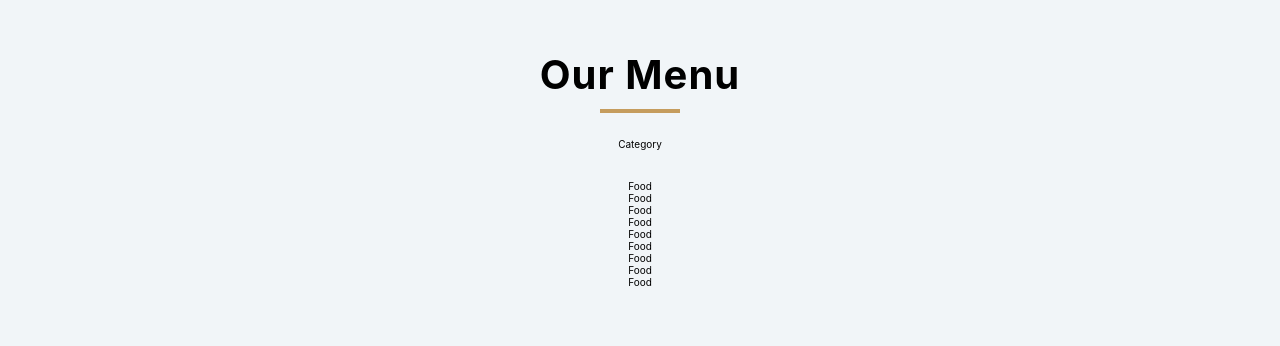
Repository: thaiduy1704/TypeScriptBasic
Page: / (app in 05-Menu/)
These files come from the project's save history. The page is drawn as it stood at one moment and after the next save; the edit follows.
The browser window is 1280 px wide. The pictures show the whole page.
The project was rebuilt for these pictures with package versions that can differ from the ones it lists, and the page was loaded fresh each time.

Above is the page before, as saved 2022-10-28 17:18:59.

### 05-Menu/src/index.css
:root {
	--transition: all 0.5s linear;
	--clr-primary: hsl(36, 47%, 57%);
	--clr-background: hsl(206, 33%, 96%);
	--clr-white: white;
	--clr-btn: #eae6eb;
	--clr-text: #617d98;
	--light-shadow: 0 5px 15px rgba(0, 0, 0, 0.1);
	--dark-shadow: 0 5px 15px rgba(0, 0, 0, 0.2);
	--fixed-width: 800px;
	--max-width: 1170px;
	--spacing: 0.1rem;
	--radius: 0.5rem;
}

body {
	margin: 0;
	font-family: -apple-system, BlinkMacSystemFont, 'Segoe UI', 'Roboto', 'Oxygen',
		'Ubuntu', 'Cantarell', 'Fira Sans', 'Droid Sans', 'Helvetica Neue',
		sans-serif;
	-webkit-font-smoothing: antialiased;
	-moz-osx-font-smoothing: grayscale;
	background-color: var(--clr-background);
}

code {
	font-family: source-code-pro, Menlo, Monaco, Consolas, 'Courier New',
		monospace;
}

/* Global */
*,
*::before,
*::after {
	box-sizing: border-box;
	margin: 0;
	padding: 0;
	overflow-x: hidden;
}

html {
	font-size: 62.5%; /* 1rem = 10px */
}

h1,
h2,
h3,
h4,
h5 {
	letter-spacing: var(--spacing);
	text-transform: capitalize;
	margin-bottom: 1rem;
}

p {
	font-size: 1.8rem;
	color: var(--clr-text);
}

### 05-Menu/src/App.tsx
import React, { useState } from 'react';
import './App.css';

import styled from 'styled-components';
import { data } from './data/data';
import Category from './components/Category';
import Food, { IFood } from './components/Food';

const categories = [
	'all',
	...Array.from(new Set(data.map((item) => item.category))),
];
function App() {
	const [menu, setMenu] = useState<IFood[]>(data);

	return (
		<Wrapper className='App'>
			<div className='title'>
				<h1>Our Menu</h1>
				<div className='underline'></div>
			</div>
			<div className='content'>
				<Category categories={categories} />
				{menu.map((food) => {
					return <Food key={food.id} {...food} />;
				})}
			</div>
		</Wrapper>
	);
}

const Wrapper = styled.main`
	width: 80vw;
	max-width: var(--max-width);
	margin: 5rem auto;
	.title {
		text-align: center;
		margin-bottom: 2rem;
		h1 {
			font-size: 4rem;
		}
		.underline {
			background-color: var(--clr-primary);
			width: 8rem;
			height: 4px;
			margin: 0.5rem auto;
		}
	}

	.menu {
		display: grid;
		grid-gap: 2rem;
		grid-template-columns: 1fr 1fr;
	}
	@media only screen and (max-width: 1200px) {
		.menu {
			grid-template-columns: 1fr;
		}
		article {
			grid-template-columns: 30rem 1fr;
			padding-inline: 10rem;
		}
	}
`;

export default App;

### 05-Menu/src/data/data.ts
export const data = [
	{
		id: 1,
		title: 'buttermilk pancakes',
		category: 'breakfast',
		price: 15.99,
		img: './images/item-1.jpeg',
		desc: `I'm baby woke mlkshk wolf bitters live-edge blue bottle, hammock freegan copper mug whatever cold-pressed `,
	},
	{
		id: 2,
		title: 'diner double',
		category: 'lunch',
		price: 13.99,
		img: './images/item-2.jpeg',
		desc: `vaporware iPhone mumblecore selvage raw denim slow-carb leggings gochujang helvetica man braid jianbing. Marfa thundercats `,
	},
	{
		id: 3,
		title: 'godzilla milkshake',
		category: 'shakes',
		price: 6.99,
		img: './images/item-3.jpeg',
		desc: `ombucha chillwave fanny pack 3 wolf moon street art photo booth before they sold out organic viral.`,
	},
	{
		id: 4,
		title: 'country delight',
		category: 'breakfast',
		price: 20.99,
		img: './images/item-4.jpeg',
		desc: `Shabby chic keffiyeh neutra snackwave pork belly shoreditch. Prism austin mlkshk truffaut, `,
	},
	{
		id: 5,
		title: 'egg attack',
		category: 'lunch',
		price: 22.99,
		img: './images/item-5.jpeg',
		desc: `franzen vegan pabst bicycle rights kickstarter pinterest meditation farm-to-table 90's pop-up `,
	},
	{
		id: 6,
		title: 'oreo dream',
		category: 'shakes',
		price: 18.99,
		img: './images/item-6.jpeg',
		desc: `Portland chicharrones ethical edison bulb, palo santo craft beer chia heirloom iPhone everyday`,
	},
	{
		id: 7,
		title: 'bacon overflow',
		category: 'breakfast',
		price: 8.99,
		img: './images/item-7.jpeg',
		desc: `carry jianbing normcore freegan. Viral single-origin coffee live-edge, pork belly cloud bread iceland put a bird `,
	},
	{
		id: 8,
		title: 'american classic',
		category: 'lunch',
		price: 12.99,
		img: './images/item-8.jpeg',
		desc: `on it tumblr kickstarter thundercats migas everyday carry squid palo santo leggings. Food truck truffaut  `,
	},
	{
		id: 9,
		title: 'quarantine buddy',
		category: 'shakes',
		price: 16.99,
		img: './images/item-9.jpeg',
		desc: `skateboard fam synth authentic semiotics. Live-edge lyft af, edison bulb yuccie crucifix microdosing.`,
	},
];

### 05-Menu/src/components/Category.tsx
import styled from 'styled-components';
export interface ICategories {
	categories: string[];
}

const Category = ({ categories }: ICategories) => {
	return <Wrapper>Category</Wrapper>;
};

const Wrapper = styled.div`
	margin-inline: auto;
	width: 50rem;
	display: flex;
	justify-content: space-around;
	align-items: center;
	margin-bottom: 3rem;
	button {
		background-color: transparent;
		border: transparent;
		font-size: 2rem;
		text-transform: capitalize;
		font-weight: bold;
		color: var(--clr-primary);
		transition: var(--transition);
		padding: 0.5rem;
		border-radius: var(--radius);
		cursor: pointer;
	}
	button:hover {
		background-color: var(--clr-primary);
		color: white;
	}
	.active {
		background-color: var(--clr-primary);
		color: white;
	}
`;

export default Category;

### 05-Menu/src/components/Food.tsx
import React from 'react';
export interface IFood {
	id: number;
	title: string;
	category: string;
	price: number;
	img: string;
	desc: string;
}
const Food = ({ id, title, price, img, desc, category }: IFood) => {
	return <div>Food</div>;
};

export default Food;

Loaded but not shown: 05-Menu/public/index.html (common file); 05-Menu/src/index.tsx (common file); 05-Menu/src/reportWebVitals.ts (common file); 05-Menu/src/App.css (common file)

After the next save:
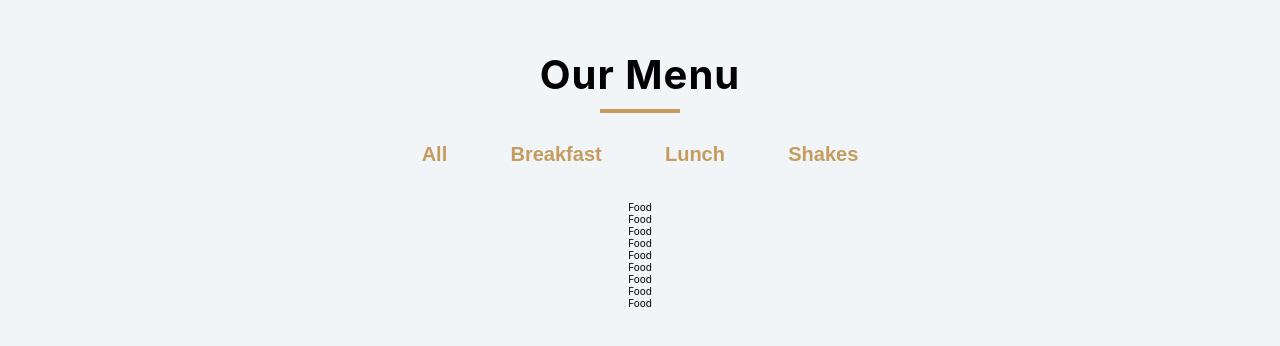
Saved 61 s later.
--- a/05-Menu/src/components/Category.tsx
+++ b/05-Menu/src/components/Category.tsx
@@ -4,7 +4,13 @@ export interface ICategories {
 }
 
 const Category = ({ categories }: ICategories) => {
-	return <Wrapper>Category</Wrapper>;
+	return (
+		<Wrapper>
+			{categories.map((category) => {
+				return <button>{category}</button>;
+			})}
+		</Wrapper>
+	);
 };
 
 const Wrapper = styled.div`
